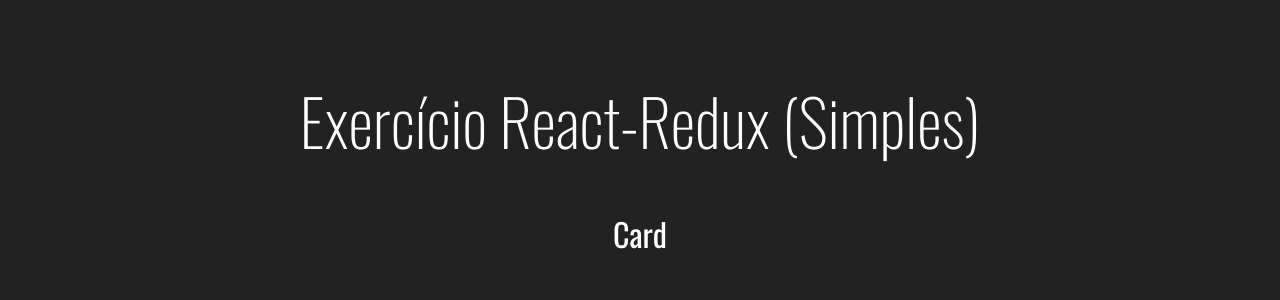
Repository: WellysonP/testando-react-redux
Page: /
An editor plug-in stored every save of this project. The page is shown before and after the next save, followed by the edit.
The browser window is 1280 px wide. The pictures show the whole page.
The project was rebuilt for these pictures with package versions that can differ from the ones it lists, and the page was loaded fresh each time. Also part of the build but not shown: src/components/Card.css.

Above is the page before, as saved 2023-01-12 16:17:08.

### public/index.html
<!DOCTYPE html>
<html lang="en">
  <head>
    <link rel="preconnect" href="https://fonts.googleapis.com">
<link rel="preconnect" href="https://fonts.gstatic.com" crossorigin>
<link href="https://fonts.googleapis.com/css2?family=Oswald:wght@200;300;400;500;600;700&display=swap" rel="stylesheet">
    <meta charset="utf-8" />
    <link rel="icon" href="%PUBLIC_URL%/favicon.ico" />
    <meta name="viewport" content="width=device-width, initial-scale=1" />
    <meta name="theme-color" content="#000000" />
    <meta
      name="description"
      content="Web site created using create-react-app"
    />
    <link rel="apple-touch-icon" href="%PUBLIC_URL%/logo192.png" />
    <!--
      manifest.json provides metadata used when your web app is installed on a
      user's mobile device or desktop. See https://developers.google.com/web/fundamentals/web-app-manifest/
    -->
    <link rel="manifest" href="%PUBLIC_URL%/manifest.json" />
    <!--
      Notice the use of %PUBLIC_URL% in the tags above.
      It will be replaced with the URL of the `public` folder during the build.
      Only files inside the `public` folder can be referenced from the HTML.

      Unlike "/favicon.ico" or "favicon.ico", "%PUBLIC_URL%/favicon.ico" will
      work correctly both with client-side routing and a non-root public URL.
      Learn how to configure a non-root public URL by running `npm run build`.
    -->
    <title>React App</title>
  </head>
  <body>
    <noscript>You need to enable JavaScript to run this app.</noscript>
    <div id="root"></div>
    <!--
      This HTML file is a template.
      If you open it directly in the browser, you will see an empty page.

      You can add webfonts, meta tags, or analytics to this file.
      The build step will place the bundled scripts into the <body> tag.

      To begin the development, run `npm start` or `yarn start`.
      To create a production bundle, use `npm run build` or `yarn build`.
    -->
  </body>
</html>

### src/index.css
body{
  background-color: #222;
  font-size: 2rem;
  font-family: Oswald;
  color: #fff;
  margin: 30px;
}

### src/App.js
import logo from './logo.svg';
import './App.css';
import Card from './components/Card';

function App() {
  return (
    <div className="App">
      <h1>Exercício React-Redux (Simples)</h1>
      <Card/>
    </div>
  );
}

export default App;

### src/App.css
.App{
  display: flex;
  flex-direction: column;
  text-align: center;
}

h1{
  font-weight: 200;
}

.linha{
  display: flex;
}

### src/components/Card.jsx
import "./Card.css"

export default props => {
    return (
        <div> Card</div>
    )
}

Loaded but not shown: src/index.js (common file); src/reportWebVitals.js (common file)

After the next save:
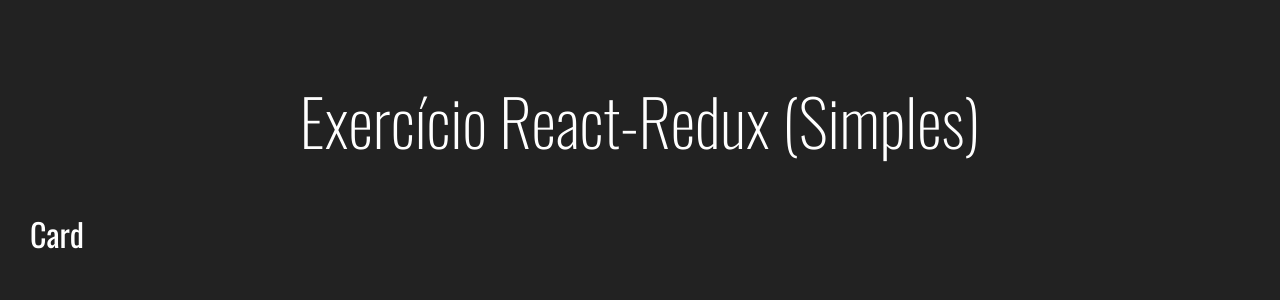
Saved 38 s later.
--- a/src/App.js
+++ b/src/App.js
@@ -6,7 +6,9 @@ function App() {
   return (
     <div className="App">
       <h1>Exercício React-Redux (Simples)</h1>
+      <div className='linha'>
       <Card/>
+      </div>
     </div>
   );
 }
